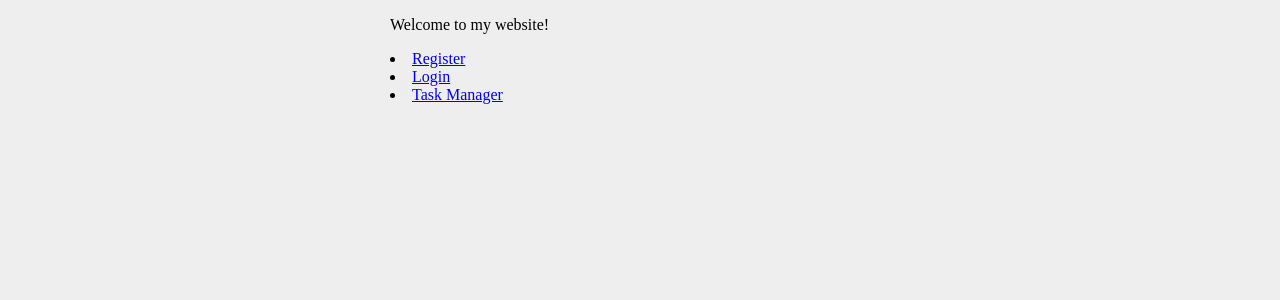
Repository: WillLiang918/Portfolio
Page: http://localhost/Task_Manager/
The author's editor kept a copy of each file at every save. The page is drawn from the files as they stood at one save, then again after the next save.
The browser window is 1280 px wide. The pictures show the whole page.
The page is served by Tomcat 9. Other server files are loaded and not shown.

Above is the page before, as saved 2015-07-22 02:58:20.

### Task_Manager/WebContent/index.jsp
<%@ page language="java" contentType="text/html" pageEncoding="UTF-8"%>
<!DOCTYPE html>
<html>
<head>
<meta charset="utf-8">
<title>JSP AJAX Form</title>
<script src="javascript/jquery-2.1.4.js"></script>
<script src="javascript/basic.js"></script>
<link rel="stylesheet" href="css/basic.css" type="text/css" media="screen" />
</head>
<body>
	<p class="Large">Welcome to my website!</p>
	<li>
		<a href="RegisterUser.html">Register</a>
	</li>
	<li>
		<a href="login.html">Login</a>
	</li>
	<li>
		<a href="form.html">Task Manager</a>
	</li>
</body>
</html>

### Task_Manager/WebContent/javascript/basic.js
/**
 *
 */

$(document).ready(function(){
	$('#updateUsername').submit(function(){
		$.ajax({
			url: 'update',
			type: 'POST',
			dataType: 'json',
			data: $('#updateUsername').serialize(),
			success: function(data){
				if(data.isValid){
					$('#displayName').html('Your name is: ' + data.username);
					$('#displayName').slideDown(500);
				}
				else {
					alert('Please enter a valid username!')
				}
			}
		});
		return false;
	});
});

### Task_Manager/WebContent/css/basic.css
@CHARSET "UTF-8";

body {
	margin: 0px auto;
	width: 500px;
	background-color: #EEEEEE;
}

p.large{
	font-size:20px
}

p.small{
	font-size:15px;
}

p#displayName {
	display: none;
}

Loaded but not shown: Task_Manager/WebContent/javascript/jquery-2.1.4.js (library)

After the next save:
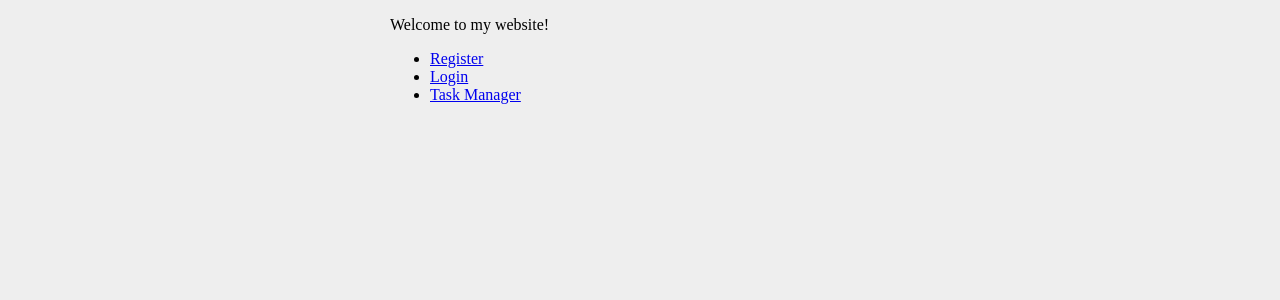
Saved 66 s later.
--- a/Task_Manager/WebContent/index.jsp
+++ b/Task_Manager/WebContent/index.jsp
@@ -10,14 +10,16 @@
 </head>
 <body>
 	<p class="Large">Welcome to my website!</p>
-	<li>
-		<a href="RegisterUser.html">Register</a>
-	</li>
-	<li>
-		<a href="login.html">Login</a>
-	</li>
-	<li>
-		<a href="form.html">Task Manager</a>
-	</li>
+	<ul id="site-menu">
+		<li>
+			<a href="RegisterUser.html">Register</a>
+		</li>
+		<li>
+			<a href="login.html">Login</a>
+		</li>
+		<li>
+			<a href="form.html">Task Manager</a>
+		</li>
+	</ul>
 </body>
 </html>
